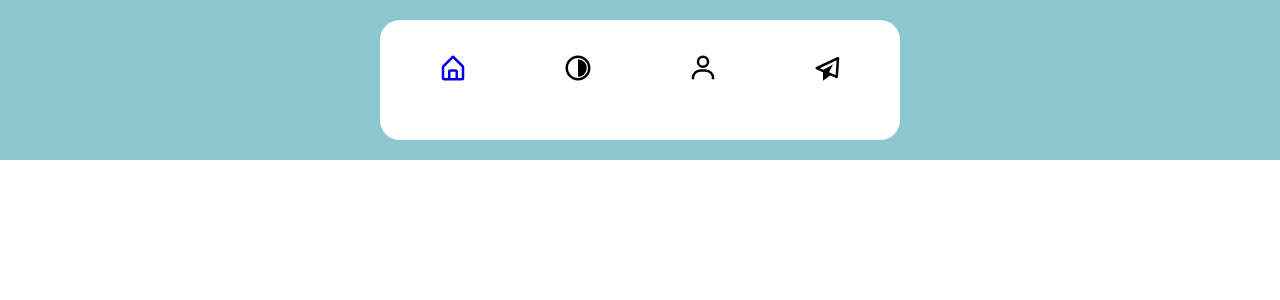
Repository: lethinh2003/pokemon_reactjs
Page: /
The author's editor kept a copy of each file at every save. The page is drawn from the files as they stood at one save, then again after the next save.
The browser window is 1280 px wide. The pictures show the whole page.
The page's requests for data from a server got no answer. The project was rebuilt for these pictures with package versions that can differ from the ones it lists, and the page was loaded fresh each time. A package was used in the major version that the imports need, not the one package.json lists. No one was signed in, and anything a server would have sent is missing. Also part of the build but not shown: src/App.css, src/view/Pokemon.scss, src/styles/pokemonDetail.scss, src/view/PokemonDetail.jsx.

Above is the page before, as saved 2021-11-28 11:38:15.

After the next save:
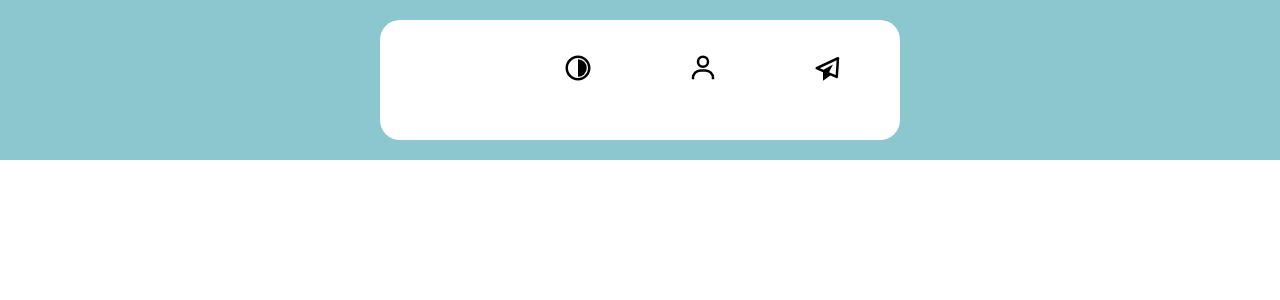
Saved 40 s later.
--- a/src/styles/nav.scss
+++ b/src/styles/nav.scss
@@ -37,3 +37,7 @@
     }
   }
 }
+a {
+  text-decoration: none;
+  color: transparent;
+}

After the save that followed:
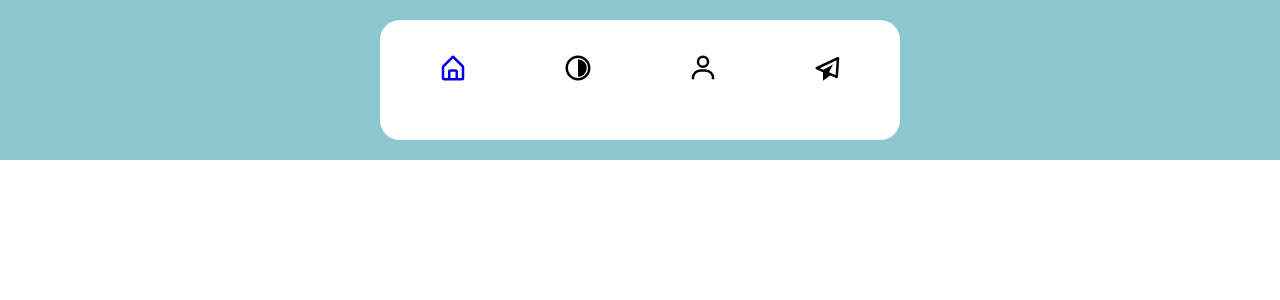
Saved 7 s later.
--- a/src/styles/nav.scss
+++ b/src/styles/nav.scss
@@ -39,5 +39,4 @@
 }
 a {
   text-decoration: none;
-  color: transparent;
 }
